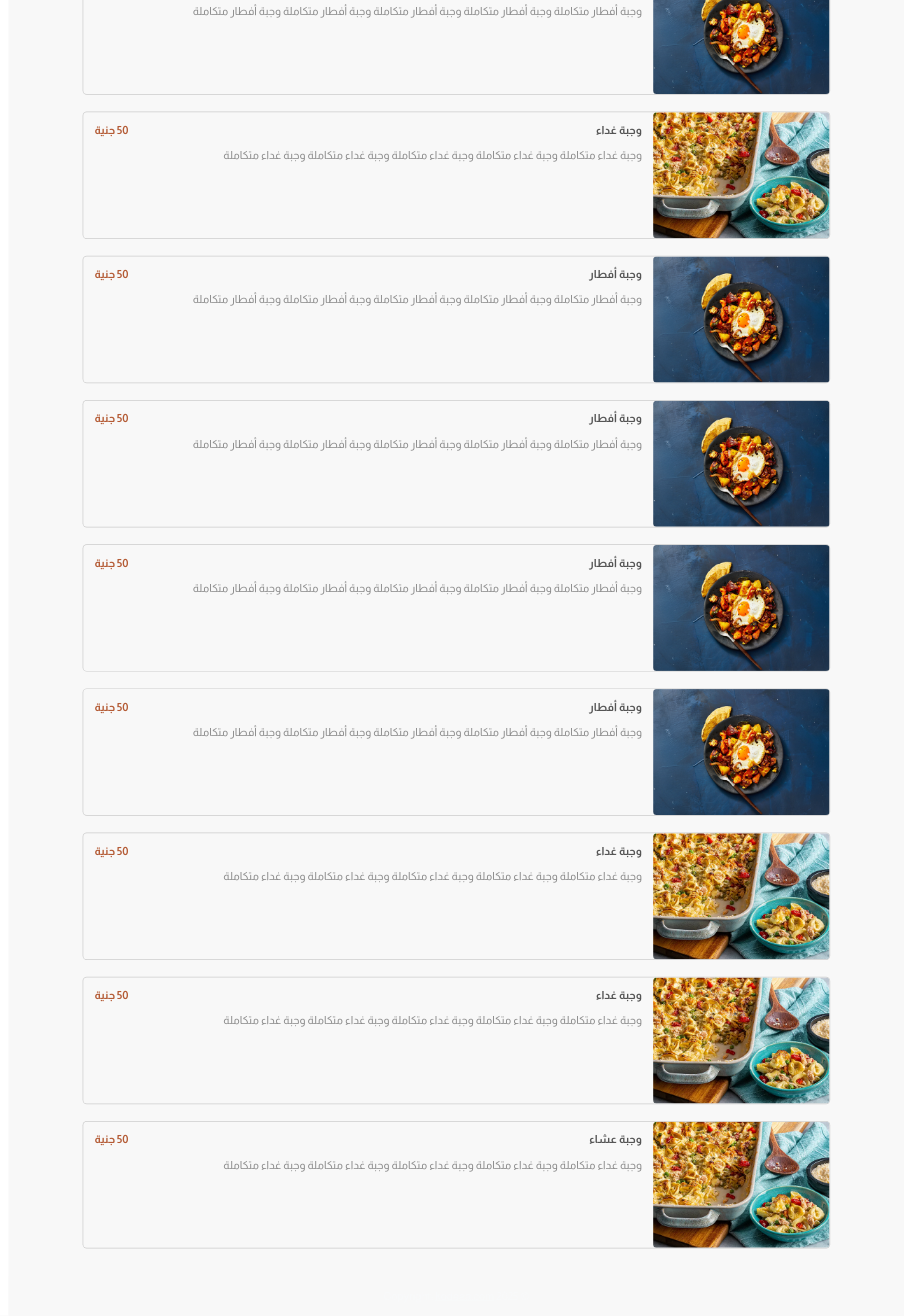
Repository: kerlos-alfy/Restaurant-Menu
Page: /
These files come from the project's save history. The page is drawn as it stood at one moment and after the next save; the edit follows.
The browser window is 1280 px wide. The page is 1292 px wide, so the pictures cover 1292 px, including what lies to the right of the window. The pictures show the part of the page from y = 1148 to 3028 px (the page is 3028 px tall), at 70% of full size.
Some web fonts or font styles are not loaded; a fallback is used. The project was rebuilt for these pictures with package versions that can differ from the ones it lists, and the page was loaded fresh each time. Also part of the build but not shown: vite.config.js, src/App.css.

Above is the page before, as saved 2024-12-27 02:18:15.

After the next save:
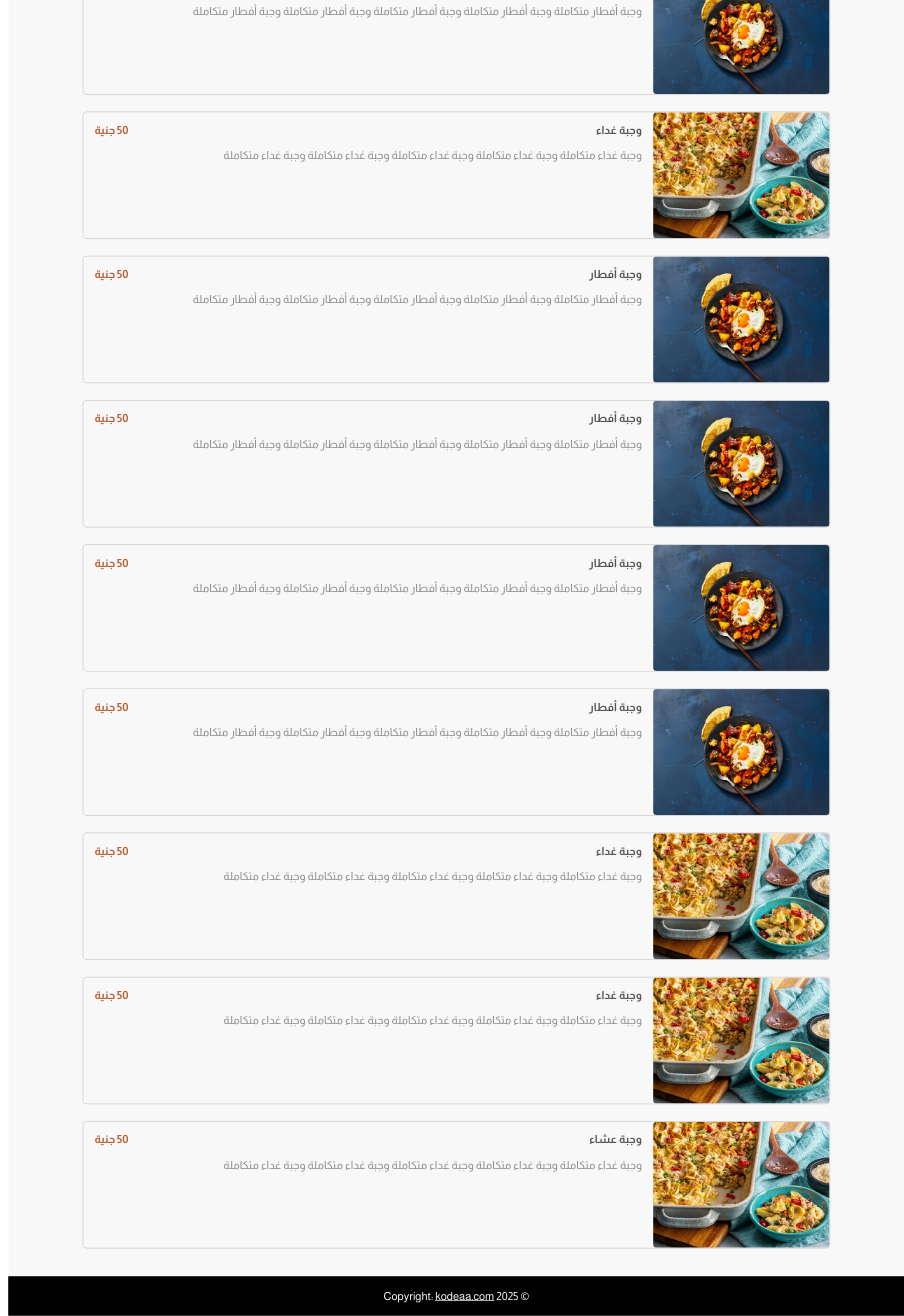
Saved 29 s later.
--- a/src/components/Footer.jsx
+++ b/src/components/Footer.jsx
@@ -2,7 +2,7 @@
 const Footer = () => {
 	return (
 		<MDBFooter className="text-center text-lg-left bg-dark">
-			<div className="text-center p-3 text-light" style={{ backgroundColor: "#f8f8f8" }}>
+			<div className="text-center p-3 text-light" style={{ backgroundColor: "rgba(0, 0, 0, 0.97)" }}>
 				&copy; 2025 Copyright:{" "}
 				<a className="text-light" href="https://kodeaa.com/">
 					kodeaa.com

After the save that followed:
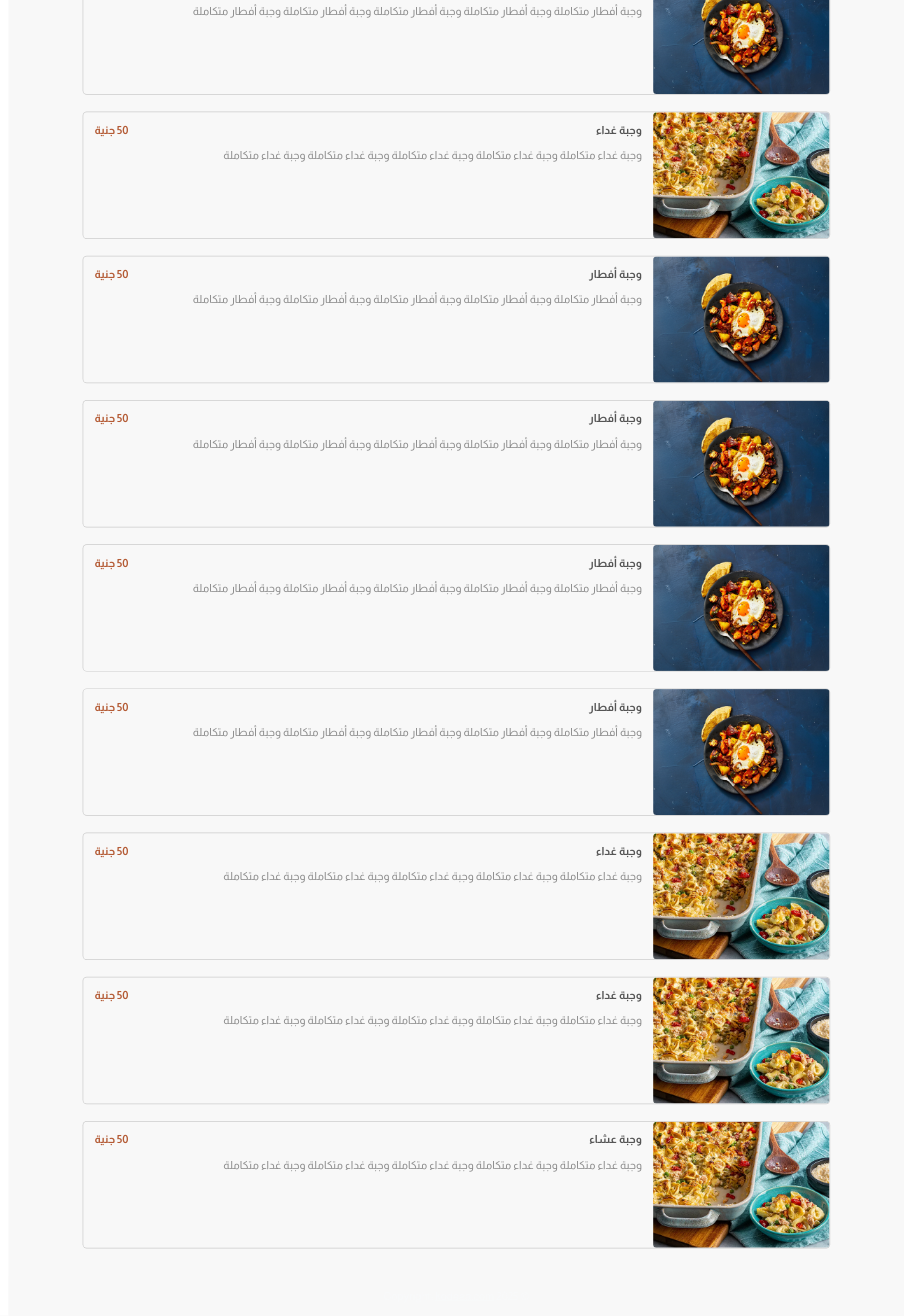
Saved 37 s later.
--- a/src/components/Footer.jsx
+++ b/src/components/Footer.jsx
@@ -2,7 +2,7 @@
 const Footer = () => {
 	return (
 		<MDBFooter className="text-center text-lg-left bg-dark">
-			<div className="text-center p-3 text-light" style={{ backgroundColor: "rgba(0, 0, 0, 0.97)" }}>
+			<div className="text-center p-3 text-light" style={{ backgroundColor: "rgb(248 248 248)" }}>
 				&copy; 2025 Copyright:{" "}
 				<a className="text-light" href="https://kodeaa.com/">
 					kodeaa.com
